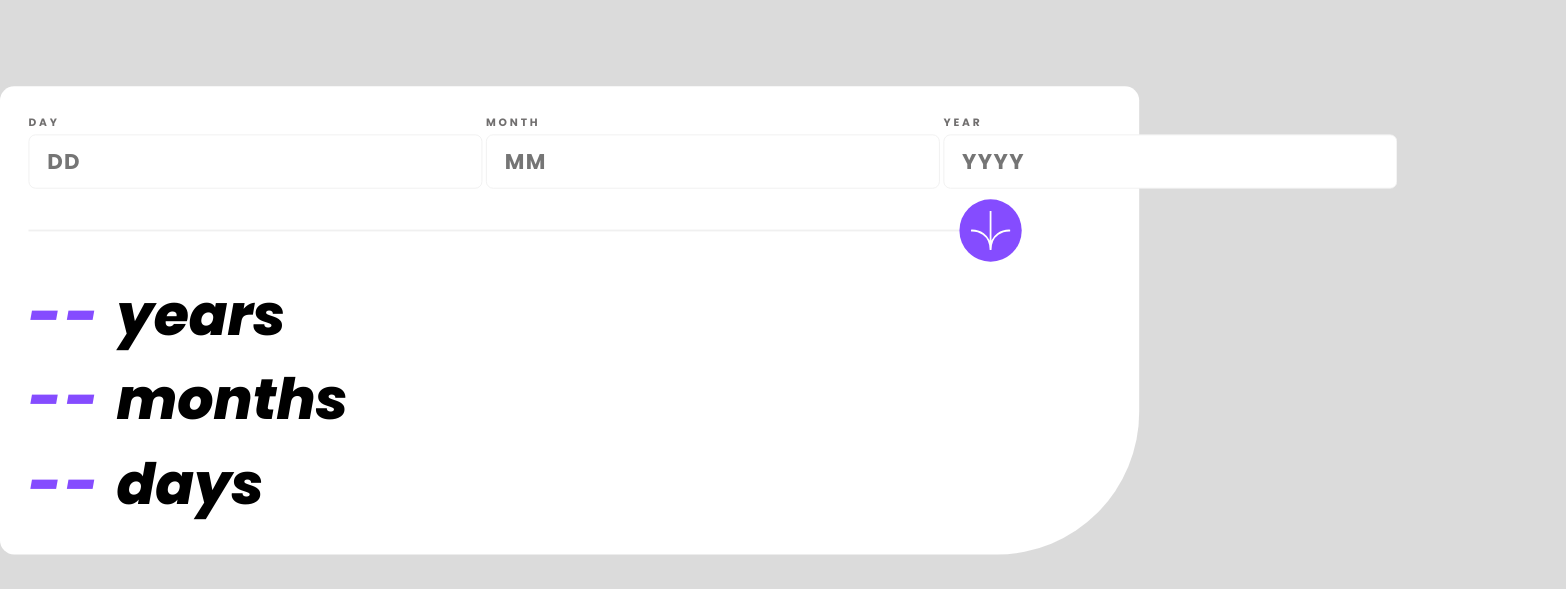
Repository: blordeus/age-calculator-app
Page: /
The author's editor kept a copy of each file at every save. The page is drawn from the files as they stood at one save, then again after the next save.
The browser window is 1280 px wide. The page is 1570 px wide, then 1760 px, then 1570 px, so the pictures cover 1760 px, including what lies to the right of the window. The pictures show the whole page, at 89% of full size.
The project was rebuilt for these pictures with package versions that can differ from the ones it lists, and the page was loaded fresh each time.

Above is the page before, as saved 2023-08-23 16:11:03.

### src/App.js
 import { useState } from "react";
 import "./style.css";

 import arrowIcon from './images/icon-arrow.svg'

const App = () => {
  const [formData, setFormData] = useState({
    day: "",
    month: "",
    year: "",
  });

  const [formErrors, setFormErrors] = useState({
    day: "",
    month: "",
    year: "",
    generic: "",
  });

  const [output, setOutput] = useState({
    days: "",
    months: "",
    years: "",
  });

  const hasErrors = formErrors.day || formErrors.month || formErrors.year || formErrors.generic;

  return (
    <div className="card-container">
      <div className="inputs-container">
      <div className="input-label-container">
        <label htmlFor="day" style={{
          color: hasErrors ? "hsl(0,100%,67%)" : "hsl(0,1%,44%)",
        }}>Day</label>
        <input
        type="number"
        id="day"
        placeholder="DD"
        min={1}
        value={formData.day}
        style={{
          border: hasErrors
          ? '1px solid hsl(0,100%,67%)'
          : '1px solid hsl(0,0%,94%)'
        }}
        onChange={(e) =>
        setFormData((prevState) =>
        ({...prevState,
          day:e.target.value}))}
        />
        {formErrors.day && <p className="error">{formErrors.day}</p>}
      </div>

      <div className="input-label-container">
        <label htmlFor="month" style={{
          color: hasErrors ? "hsl(0,100%,67%)" : "hsl(0,1%,44%)",
        }}>Month</label>
        <input
        type="number"
        id="day"
        placeholder="MM"
        min={1}
        value={formData.month}
        style={{
          border: hasErrors
          ? '1px solid hsl(0,100%,67%)'
          : '1px solid hsl(0,0%,94%)'
        }}
        onChange={(e) =>
        setFormData((prevState) =>
        ({...prevState,
          month:e.target.value}))}
        />
        {formErrors.month && <p className="error">{formErrors.month}</p>}
      </div>

      <div className="input-label-container">
        <label htmlFor="year" style={{
          color: hasErrors ? "hsl(0,100%,67%)" : "hsl(0,1%,44%)",
        }}>Year</label>
        <input
        type="number"
        id="year"
        placeholder="YYYY"
        min={1}
        value={formData.year}
        style={{
          border: hasErrors
          ? '1px solid hsl(0,100%,67%)'
          : '1px solid hsl(0,0%,94%)'
        }}
        onChange={(e) =>
        setFormData((prevState) =>
        ({...prevState,
          year:e.target.value}))}
        />
        {formErrors.year && <p className="error">{formErrors.year}</p>}
      </div>
    </div>

    {formErrors.generic && (
      <p className="error generic">{formErrors.generic}</p>
    )}

<div className="divider-container">
  <div className="divider"></div>

  <button className="btn" onClick={() => null}>
    <img src={arrowIcon} alt="arrowIcon" />
  </button>
</div>

<div className="output-container">
  <h1>
    <span className="highlighted">
    {output.years === "" ? '--' : output.years}{" "}
    </span>
    {output.years === 1 ? 'year' : "years"}
    </h1>

    <h1>
    <span className="highlighted">
    {output.months === "" ? '--' : output.months}{" "}
    </span>
    {output.months === 1 ? 'month' : "months"}
    </h1>

    <h1>
    <span className="highlighted">
    {output.days === "" ? '--' : output.days}{" "}
    </span>
    {output.days === 1 ? 'day' : "days"}
    </h1>
</div>
    </div>
  );
};

export default App;

### src/style.css
@import url("https://fonts.googleapis.com/css2?family=Poppins:ital,wght@0,700;1,400;1,800&display=swap");

* {
  box-sizing: border-box;
  margin: 0;
  padding: 0;
  font-family: "Poppins", sans-serif;
}

:root {
  --Purple: hsl(259, 100%, 65%);
  --Light-red: hsl(0, 100%, 67%);
  --White: hsl(0, 0%, 100%);
  --Off-white: hsl(0, 0%, 94%);
  --Light-grey: hsl(0, 0%, 86%);
  --Smokey-grey: hsl(0, 1%, 44%);
  --Off-black: hsl(0, 0%, 8%);
}

body {
  background-color: var(--Light-grey);
  min-height: 100vh;
  display: flex;
  align-items: center;
  justify-content: center;
}

.card-container {
  width: 6900px;
  border-radius: 1rem 1rem 10rem 1rem;
  background-color: var(--White);
  padding: 2rem;
  max-width: 100vw;
  margin-top: 1rem;
  margin-bottom: 1rem;
}

.inputs-container {
  display: flex;
  gap: 0.25rem;
}

.input-label-container {
  display: flex;
  flex-direction: column;
  gap: 0.25rem;
  flex: 1;
}

.input-label-container label {
  text-transform: uppercase;
  font-size: 0.75rem;
  letter-spacing: 0.2rem;
}

.input-label-container input {
  width: 130opx;
  padding: 0.75rem 1rem 0.75rem 1.25rem;
  font-size: 1.5rem;
  color: var(--Off-black);
  border-radius: 0.5rem;
  outline: none;
  letter-spacing: 0.1rem;
}

.error {
  color: var(--Light-red);
  font-weight: 400;
  font-style: italic;
  margin-top: 0.25rem;
  letter-spacing: 0.1rem;
  font-size: 0.75rem;
}

.error.generic {
  margin-top: 0.5rem;
}

.divider-container {
  display: flex;
  align-items: center;
  margin-top: 0.75rem;
  margin-bottom: 0.75rem;
}

.divider {
  height: 2px;
  background-color: var(--Off-white);
  width: 86%;
}

.btn {
  width: 70px;
  height: 70px;
  border-radius: 50%;
  background-color: var(--Purple);
  border:none;
  cursor: pointer;
  display: flex;
  align-items: center;
  justify-content: center;
}

.btn:hover {
  background-color: var(--Off-Black);
}

.output-container h1 {
  font-size: 4rem;
  font-weight: 800;
  font-style: italic;
}

.output-container .highlighted {
  color: var(--Purple);
  letter-spacing: 0.25rem;
}

@media only screen and (max-width: 620px) {
  .divider-container {
    display: block;
    position: relative;
    margin-top: 3rem;
    margin-bottom: 3rem;
  }

  .divider {
  width: 100%;
}

.btn {
  position: absolute;
  left: 50%;
  top: 50%;
  transform: translate(-50%, -50%);
}

.inputs-container {
  gap: 0.85rem;
}

.input-label-container input {
  font-size: 1rem;
}

.output-container h1 {
  font-size: 2.5rem;
}
}

@media only screen and (max-width: 530px) {
.inputs-container {
  flex-direction: column;
}

.input-label-container {
  width: 100%;
}

.input-label-container input {
  width: 100%;
}

.card-container {
  border-radius: 1rem 1rem 5rem 1rem;
}
}

Loaded but not shown: src/index.js (common file)

After the next save:
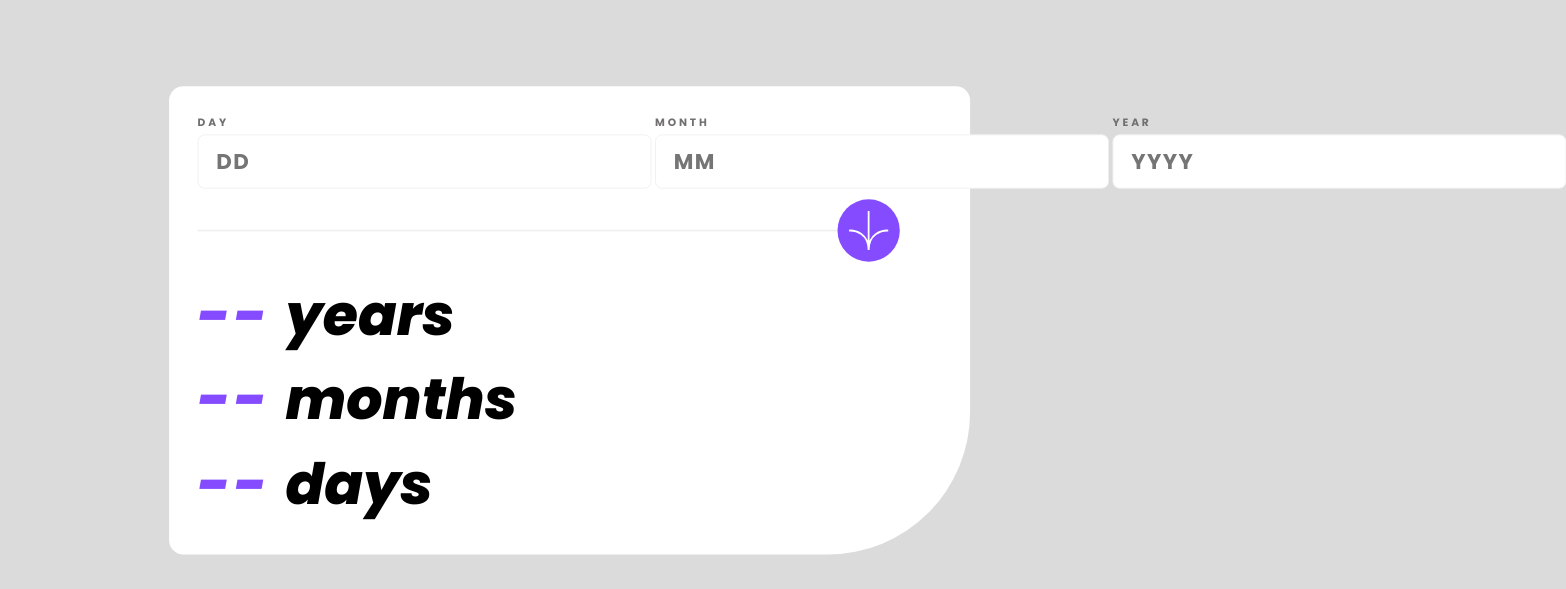
Saved 16 s later.
--- a/src/style.css
+++ b/src/style.css
@@ -26,7 +26,7 @@
 }
 
 .card-container {
-  width: 6900px;
+  width: 900px;
   border-radius: 1rem 1rem 10rem 1rem;
   background-color: var(--White);
   padding: 2rem;

After the save that followed:
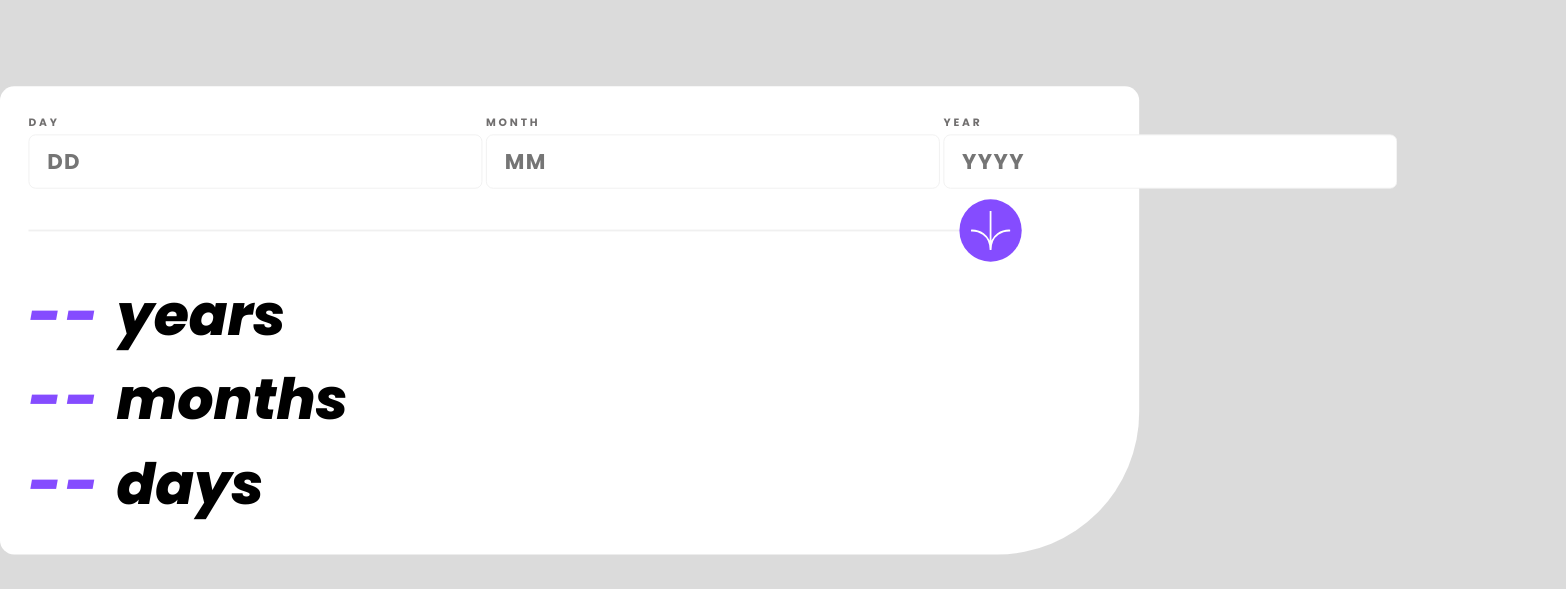
Saved 18 s later.
--- a/src/style.css
+++ b/src/style.css
@@ -26,7 +26,7 @@
 }
 
 .card-container {
-  width: 900px;
+  width: 1900px;
   border-radius: 1rem 1rem 10rem 1rem;
   background-color: var(--White);
   padding: 2rem;
